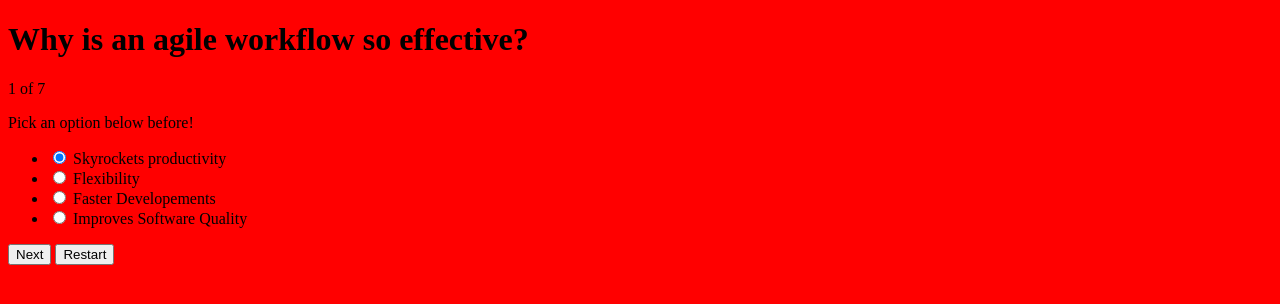
Repository: mukiSabljakovic/Quiz-APP
Page: index.html
An editor plug-in stored every save of this project. The page is shown before and after the next save, followed by the edit.
The browser window is 1280 px wide. The pictures show the whole page.

Above is the page before, as saved 2020-05-01 11:33:30.

### index.html
<!DOCTYPE html>
<html lang="en">
<head>
    <meta charset="UTF-8">
    <meta name="viewport" content="width=device-width, initial-scale=1.0">
    <title>Quiz</title>
    <link rel="stylesheet" href="css/style.css">
</head>
<body>
    <div class="app">
        <div class="container">
            <div class="jabquiz">

                <div class="jabquiz__question-box">
                    <h1 class="jabquiz__question">Why is an agile workflow so effective?</h1>
                    <p class="jabquiz__tracker">1 of 7</p>
                    <div class="progress">
                        <div class="progress__inner">

                        </div>
                    </div>
                    <p class="jabquiz__tagline">Pick an option below before!</p>
                </div>



                <div class="jabquiz__choices-box">
                    <ul class="jabquiz__choices">
                        <!-- dynamically with js -->
                        <li class="jabquiz__choice">
                            <input type="radio" name="choice" id="choice0" class="jabquiz__input" checked>
                            <label for="choice0" class="jabquiz__label">
                                <i></i>
                                Skyrockets productivity
                            </label>
                        </li>
                        <li class="jabquiz__choice">
                            <input type="radio" name="choice" id="choice0" class="jabquiz__input">
                            <label for="choice0" class="jabquiz__label">
                                <i></i>
                                Flexibility
                            </label>
                        </li>
                        <li class="jabquiz__choice">
                            <input type="radio" name="choice" id="choice0" class="jabquiz__input" >
                            <label for="choice0" class="jabquiz__label">
                                <i></i>
                                Faster Developements
                            </label>
                        </li>
                        <li class="jabquiz__choice">
                            <input type="radio" name="choice" id="choice0" class="jabquiz__input" >
                            <label for="choice0" class="jabquiz__label">
                                <i></i>
                                Improves Software Quality
                            </label>
                        </li>
                    </ul>
                </div>



                <div class="jabquiz__footer">
                    <button class="button button--bordered next">Next</button>
                    <button class="button button--bordered restart">Restart</button>
                </div>



            </div>
        </div>
    </div>
</body>
</html>

### css/style.css
:root {
    --main-color: red;
}

body {
    background: var(--main-color);
}

After the next save:
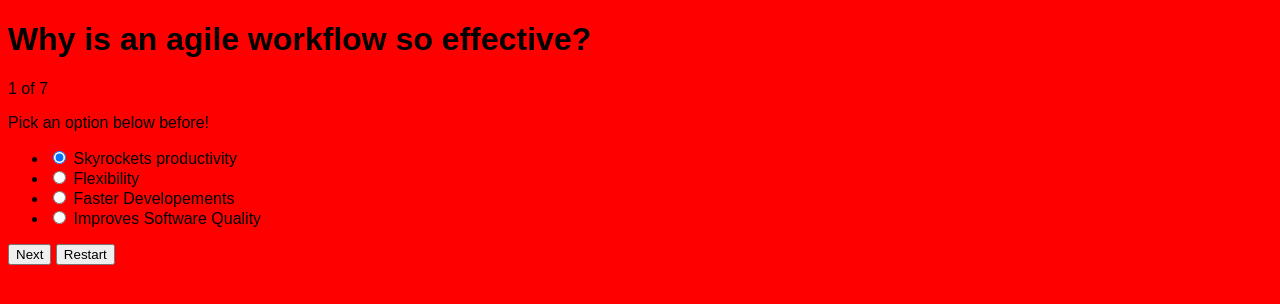
Saved 36 s later.
--- a/css/style.css
+++ b/css/style.css
@@ -1,7 +1,9 @@
 :root {
     --main-color: red;
+    --main-stack: sans-serif;
 }
 
 body {
     background: var(--main-color);
+    font-family: var(--main-stack);
 }
